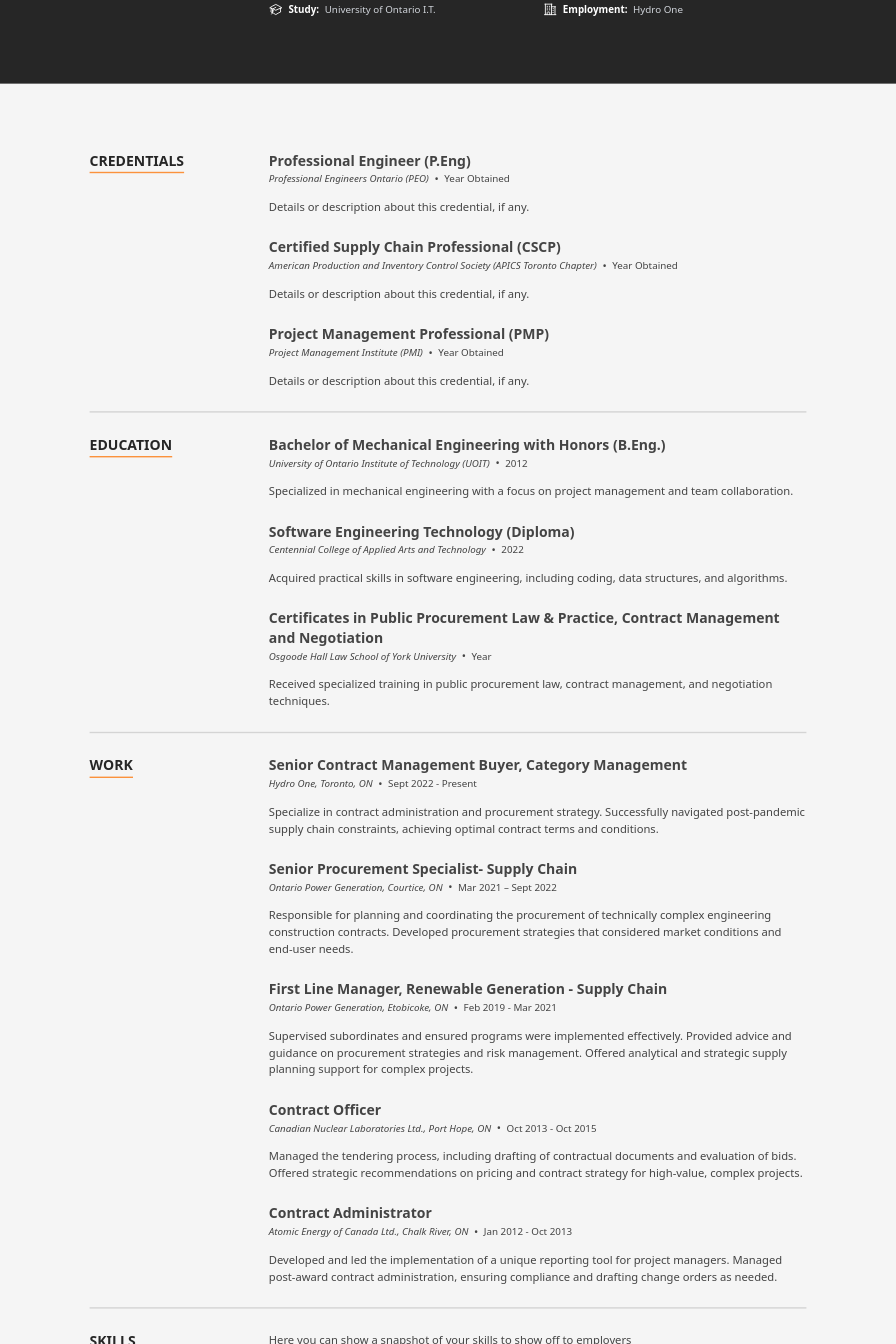
Repository: ananthantharma/portfolio
Page: /
The author's editor kept a copy of each file at every save. The page is drawn from the files as they stood at one save, then again after the next save.
The browser window is 1280 px wide. The pictures show the part of the page from y = 1108 to 3028 px (the page is 5758 px tall before and 5830 px after), at 70% of full size.
Backgrounds fixed to the window are drawn as part of the page. The project was rebuilt for these pictures with package versions that can differ from the ones it lists, and the page was loaded fresh each time. The framework's server and built-in components were replaced by stand-ins that run in the browser. Also part of the build but not shown: next.config.js, src/components/Icon/FacebookIcon.tsx.

Above is the page before, as saved 2023-08-30 01:16:01.

After the next save:
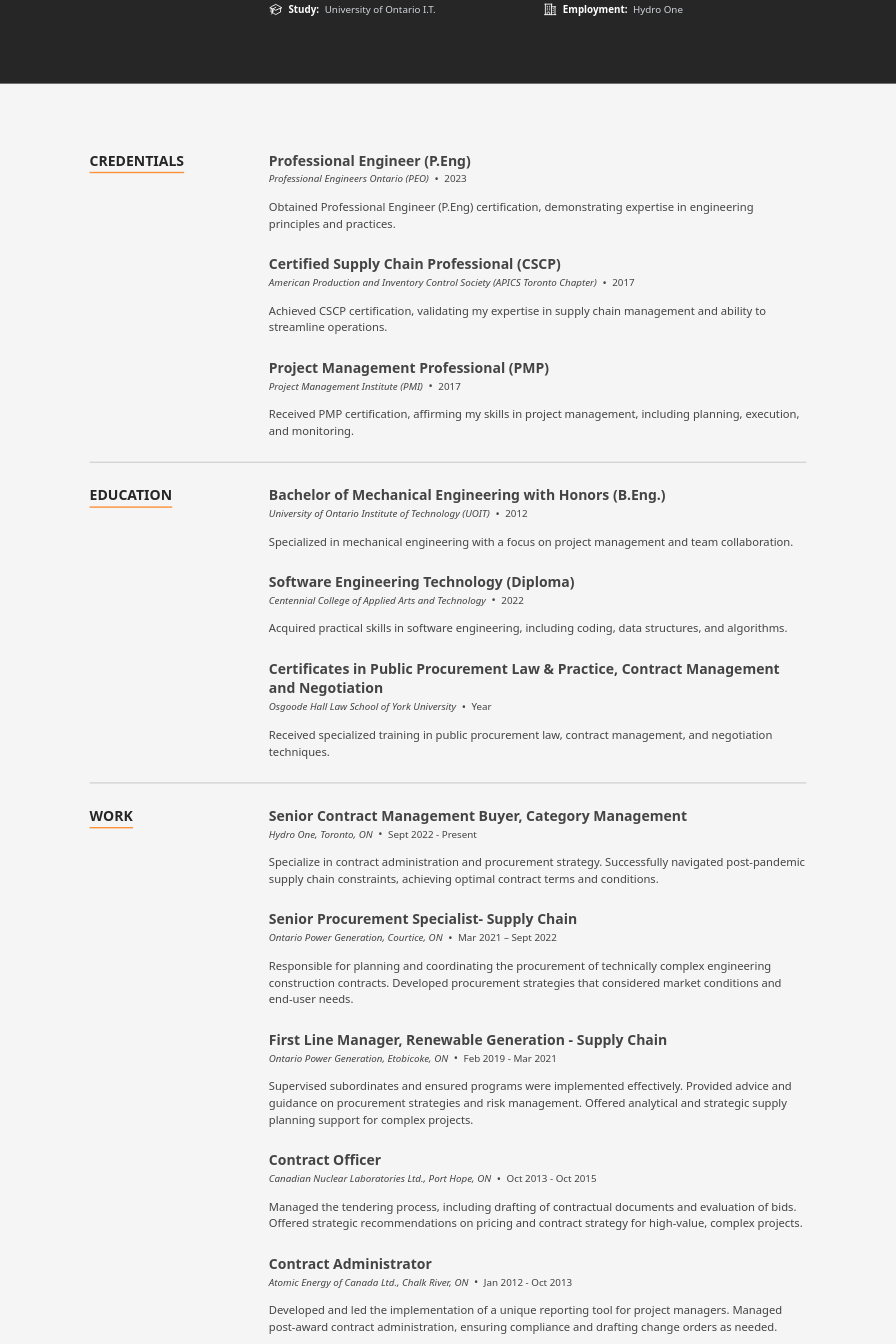
Saved 4 min 5 s later.
--- a/src/data/data.tsx
+++ b/src/data/data.tsx
@@ -258,24 +258,25 @@ export const portfolioItems: PortfolioItem[] = [
 // Add this new array for Credentials
 export const credentials: TimelineItem[] = [
   {
-    date: 'Year Obtained', // Replace with the actual year or date
+    date: '2023', // Year you obtained the credential
     location: 'Professional Engineers Ontario (PEO)',
     title: 'Professional Engineer (P.Eng)',
-    content: <p>Details or description about this credential, if any.</p>,
-  },
-  {
-    date: 'Year Obtained', // Replace with the actual year or date
+    content: <p>Obtained Professional Engineer (P.Eng) certification, demonstrating expertise in engineering principles and practices.</p>,
+  },
+  {
+    date: '2017', // Year you obtained the credential
     location: 'American Production and Inventory Control Society (APICS Toronto Chapter)',
     title: 'Certified Supply Chain Professional (CSCP)',
-    content: <p>Details or description about this credential, if any.</p>,
-  },
-  {
-    date: 'Year Obtained', // Replace with the actual year or date
+    content: <p>Achieved CSCP certification, validating my expertise in supply chain management and ability to streamline operations.</p>,
+  },
+  {
+    date: '2017', // Year you obtained the credential
     location: 'Project Management Institute (PMI)',
     title: 'Project Management Professional (PMP)',
-    content: <p>Details or description about this credential, if any.</p>,
-  },
-];
+    content: <p>Received PMP certification, affirming my skills in project management, including planning, execution, and monitoring.</p>,
+  },
+];
+
 
 /**
  * Resume section -- TODO: Standardize resume contact format or offer MDX
